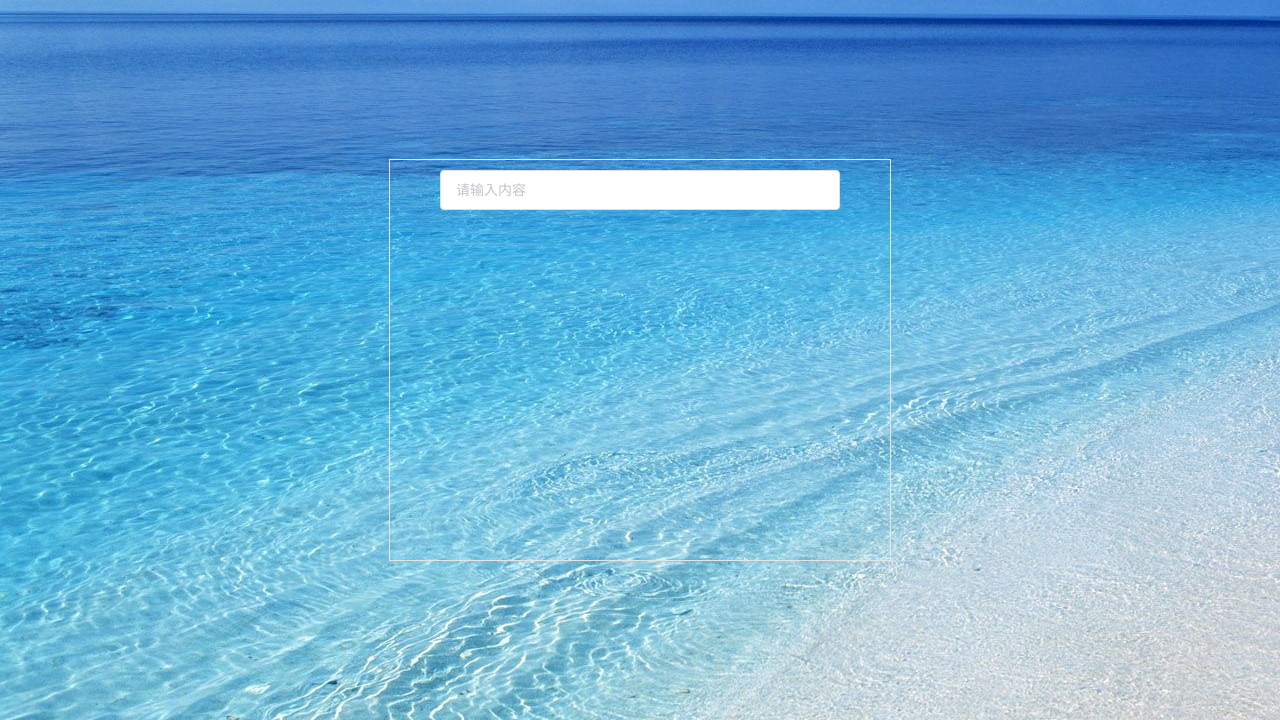
Repository: jinggegeZ/livechat
Page: /login
The author's editor kept a copy of each file at every save. The page is drawn from the files as they stood at one save, then again after the next save.
The browser window is 1280 px wide. The pictures show the whole page.
The project was rebuilt for these pictures with package versions that can differ from the ones it lists, and the page was loaded fresh each time. Also part of the build but not shown: src/views/Home.vue.

Above is the page before, as saved 2020-08-17 15:06:45.

### src/main.js
import Vue from 'vue'
import App from './App.vue'
import router from './router'
import store from './store'
import ElementUI from 'element-ui';
import 'element-ui/lib/theme-chalk/index.css';

Vue.config.productionTip = false
Vue.use(ElementUI);
new Vue({
  router,
  store,
  render: h => h(App)

}).$mount('#app')

### src/App.vue
<template>
  <div id="app">

    <router-view/>
  </div>
</template>

<style lang="scss">
@import'../src/style/commoent'

</style>

### src/router/index.js
import Vue from 'vue'
import VueRouter from 'vue-router'
import Home from '../views/Home.vue'

Vue.use(VueRouter)

  const routes = [
  {
    path: '/',
    name: 'Home',
    component: Home
  },
  {
    path: '/login',
    name: 'login',
    component: () => import('../views/login.vue')
  }
]

const router = new VueRouter({
  mode: 'history',
  base: process.env.BASE_URL,
  routes
})

export default router

### src/style/commoent.css
*{
    margin: 0;
    padding: 0;
  }
  html {
    width: 100%;
    height: 100%;
  }
  #app {
    width: 100%;
    height: 100%;
  }
  body {
    width: 100%;
    height: 100%;
  }

### src/views/login.vue
<template>
 <div class="content">
    <div class="content-c">
          <div class="loginbox">
          <!-- 用户名 -->
          <div class="input">
            <div class="inputbox"><el-input v-model="username" placeholder="请输入内容"></el-input></div>
          </div>
          <!-- 选择头像 -->
          <div></div>
          </div>
    </div>
 </div>
</template>

<script>
 export default {
   name: '',
   props: {
   },
   components: {

   },
   data () {
     return {
       username:''
     }
   },
   methods: {

   },
   mounted() {

   },
   watch: {

   },
   computed: {

   }
 }
</script>

<style scoped>
.content {
  width: 100%;
  height: 100%;
  display: flex;
  justify-content: center;
  align-items: center;
  background: url('../../public/image/02a28d595dea30839eeaa0fdd15dfce2.jpg') no-repeat;
}
.content-c {
  width: 100%;
  display: flex;
  justify-content: center;
  align-items: center;
}
.loginbox {
  width: 500px;
  height: 400px;
   border: 1px solid rgb(228, 228, 228);
}
.input {
  width: 100%;
  height: 80px;
  display: flex;
  justify-content: center;
  align-items: center;
}
.inputbox {
  width: 80%;
  height: 60px;
}
</style>

Loaded but not shown: public/index.html (common file); src/store/index.js (common file)

After the next save:
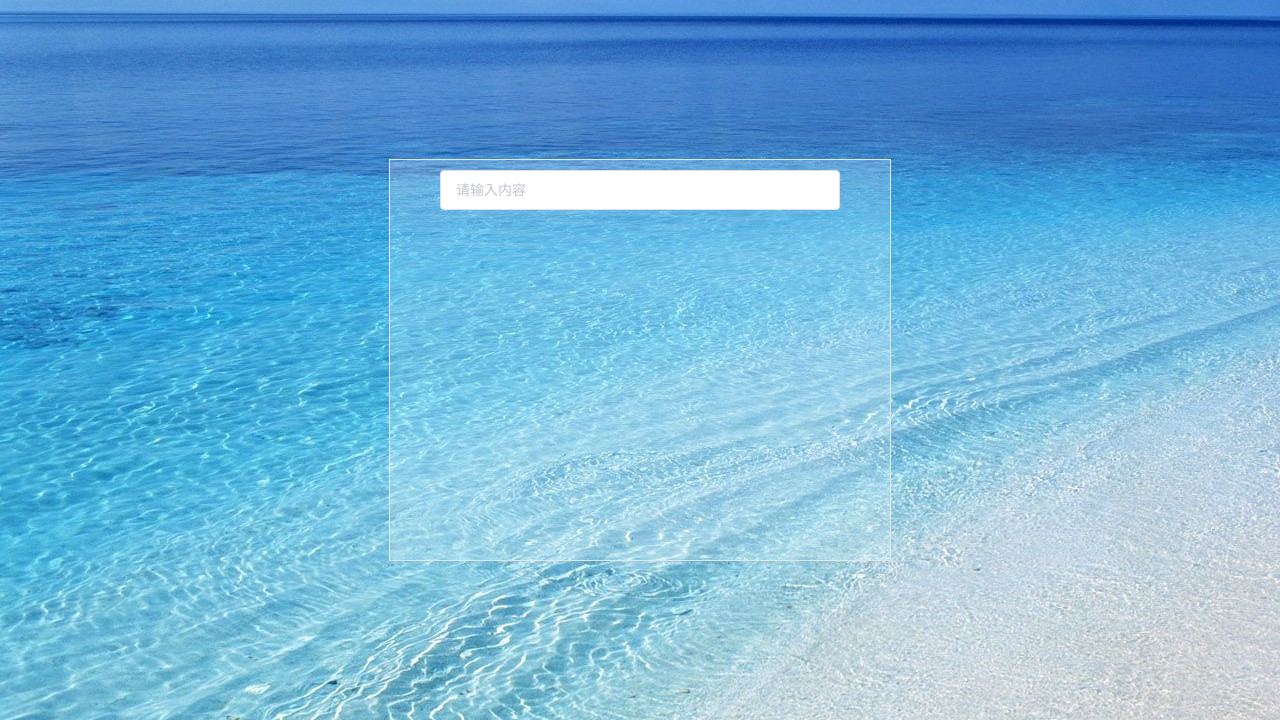
Saved 35 s later.
--- a/src/views/login.vue
+++ b/src/views/login.vue
@@ -59,7 +59,8 @@
 .loginbox {
   width: 500px;
   height: 400px;
-   border: 1px solid rgb(228, 228, 228);
+  border: 1px solid rgb(228, 228, 228);
+  background: rgba(255,255,255,0.2);
 }
 .input {
   width: 100%;
